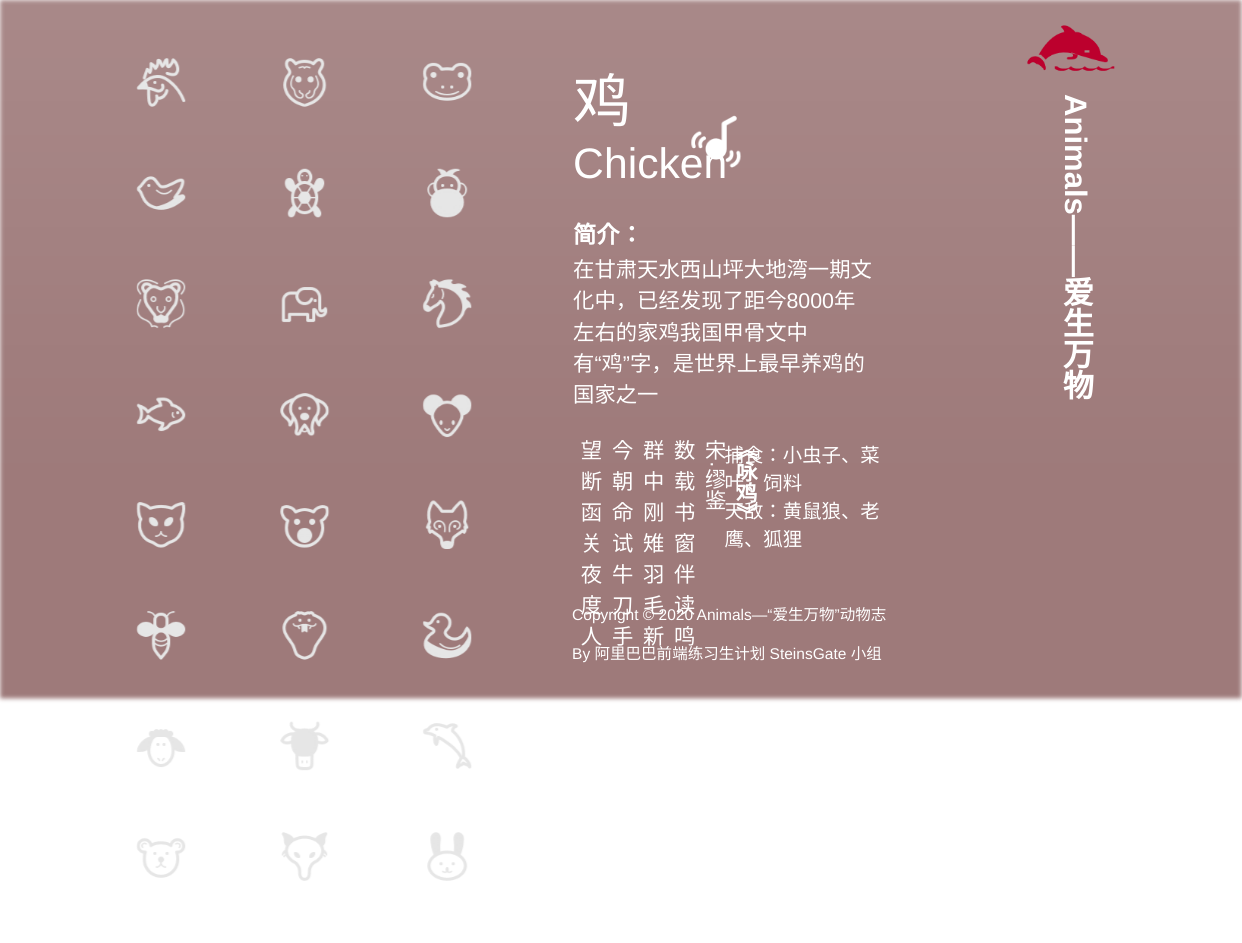
Repository: Whiskeyi/Animals
Page: /
An editor plug-in stored every save of this project. The page is shown before and after the next save, followed by the edit.
The browser window is 1280 px wide. The pictures show the whole page, at 97% of full size.
The project was rebuilt for these pictures with package versions that can differ from the ones it lists, and the page was loaded fresh each time.

Above is the page before, as saved 2021-11-17 22:43:28.

After the next save:
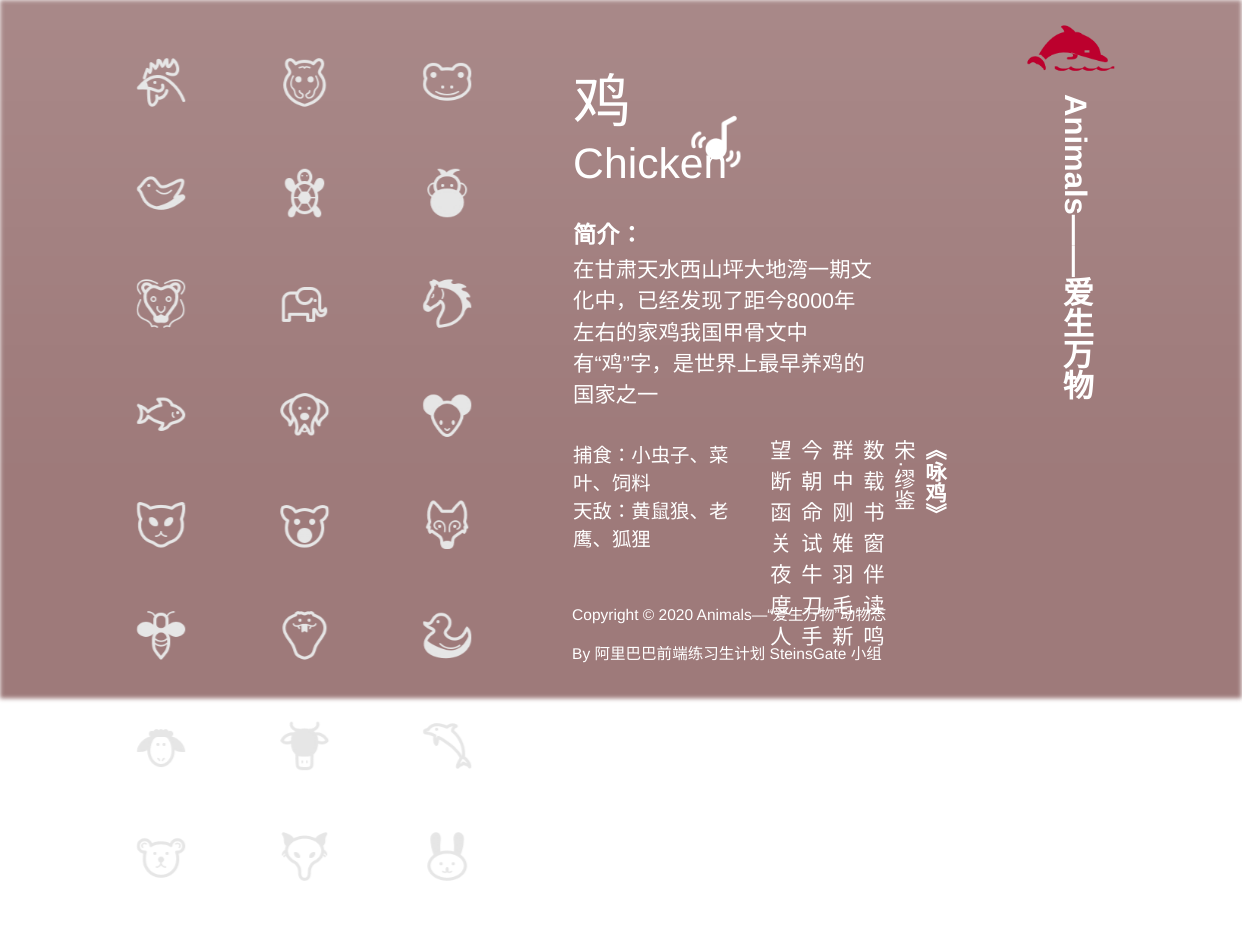
Saved 39 s later.
--- a/src/components/Info/habbit-poem/index.vue
+++ b/src/components/Info/habbit-poem/index.vue
@@ -1,6 +1,10 @@
 <template>
   <div class="habPoem">
        <el-row class="habContainer">
+           <el-col class="habContent" :span="10">
+              <span>捕食：</span><span id="food" class="foodTitle">{{ food }}</span><br>
+              <span>天敌：</span><span id="enemy" class="enemyTitle">{{ enemy }}</span>
+            </el-col>
            <el-col class="poem" :span="8">
                 <div id="content4" class="content">{{ content4 }}</div>
                 <div id="content3" class="content">{{ content3 }}</div>
@@ -8,10 +12,6 @@
                 <div id="content1" class="content">{{ content1 }}</div>
                 <div id="author">{{ author }}</div>
                 <div id="poemTitle">{{ title }}</div>
-            </el-col>
-            <el-col class="habContent" :span="10">
-              <span>捕食：</span><span id="food" class="foodTitle">{{ food }}</span><br>
-              <span>天敌：</span><span id="enemy" class="enemyTitle">{{ enemy }}</span>
             </el-col>
       </el-row>
   </div>
